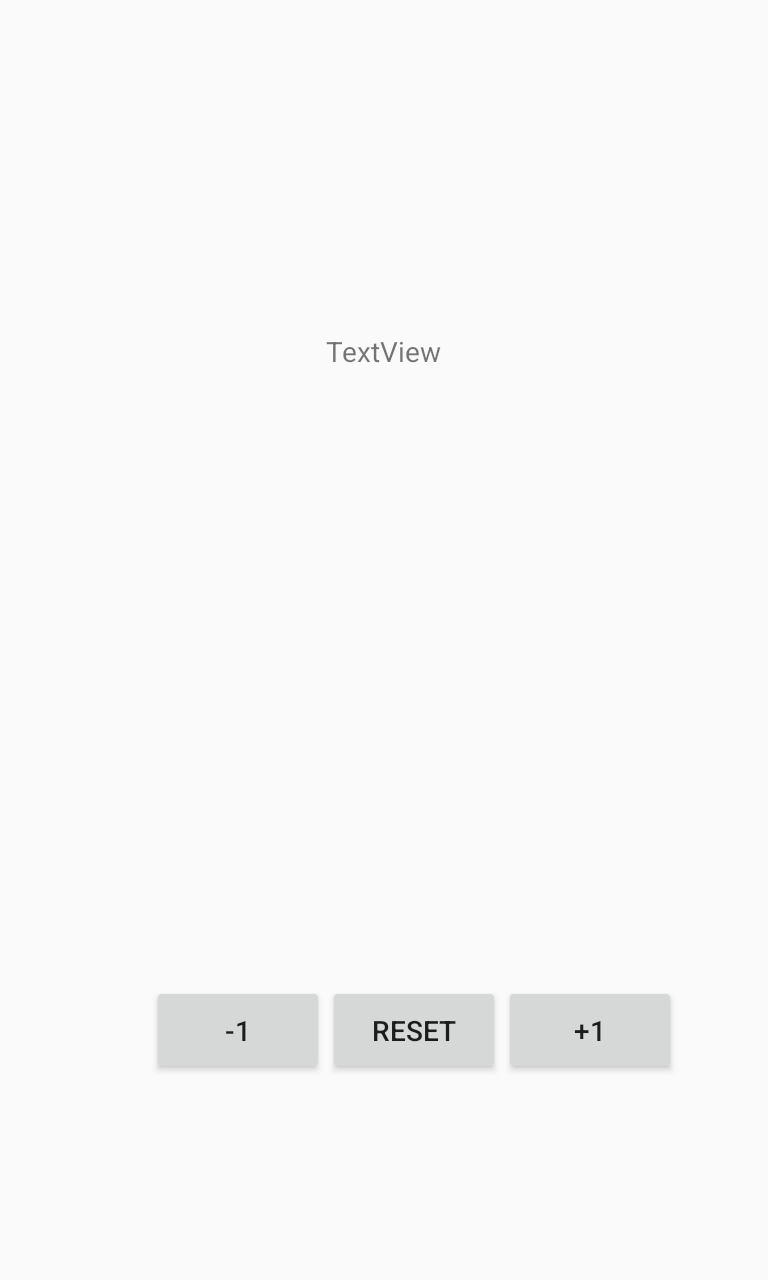
Repository: deltap1/iD-Tech-Repo
Layout: IDTechProject/res/layout/activity_main.xml
These files come from the project's save history. The layout is drawn as it stood at one moment and after the next save; the edit follows.
It is drawn on a 768 x 1280 px phone screen (xhdpi) without system bars, with theme AppTheme; the app's code is not run.

Above is the layout before, as saved 2014-07-08 14:46:00.

### IDTechProject/res/layout/activity_main.xml
<RelativeLayout xmlns:android="http://schemas.android.com/apk/res/android"
    xmlns:tools="http://schemas.android.com/tools"
    android:layout_width="match_parent"
    android:layout_height="match_parent"
    android:paddingBottom="@dimen/activity_vertical_margin"
    android:paddingLeft="@dimen/activity_horizontal_margin"
    android:paddingRight="@dimen/activity_horizontal_margin"
    android:paddingTop="@dimen/activity_vertical_margin"
    tools:context="com.masonl.idtechproject.MainActivity" >

    <TextView
        android:id="@+id/textView1"
        android:layout_width="wrap_content"
        android:layout_height="wrap_content"
        android:layout_alignParentTop="true"
        android:layout_centerHorizontal="true"
        android:layout_marginTop="150dp"
        android:text="TextView" />

    <Button
        android:id="@+id/button2"
        android:layout_width="wrap_content"
        android:layout_height="wrap_content"
        android:layout_alignParentBottom="true"
        android:layout_marginBottom="85dp"
        android:layout_toLeftOf="@+id/button1"
        android:text="-1" />

    <Button
        android:id="@+id/button3"
        android:layout_width="wrap_content"
        android:layout_height="wrap_content"
        android:layout_alignBaseline="@+id/button1"
        android:layout_alignBottom="@+id/button1"
        android:layout_toRightOf="@+id/button1"
        android:text="+1" />

    <Button
        android:id="@+id/button1"
        android:layout_width="wrap_content"
        android:layout_height="wrap_content"
        android:layout_alignBaseline="@+id/button2"
        android:layout_alignBottom="@+id/button2"
        android:layout_alignLeft="@+id/textView1"
        android:text="Reset" />

</RelativeLayout>

Loaded but not shown: IDTechProject/res/values/styles.xml (common file); IDTechProject/res/values-v11/styles.xml (common file); IDTechProject/res/values-v14/styles.xml (common file); IDTechProject/res/values/dimens.xml (common file); IDTechProject/res/values-w820dp/dimens.xml (common file)

After the next save:
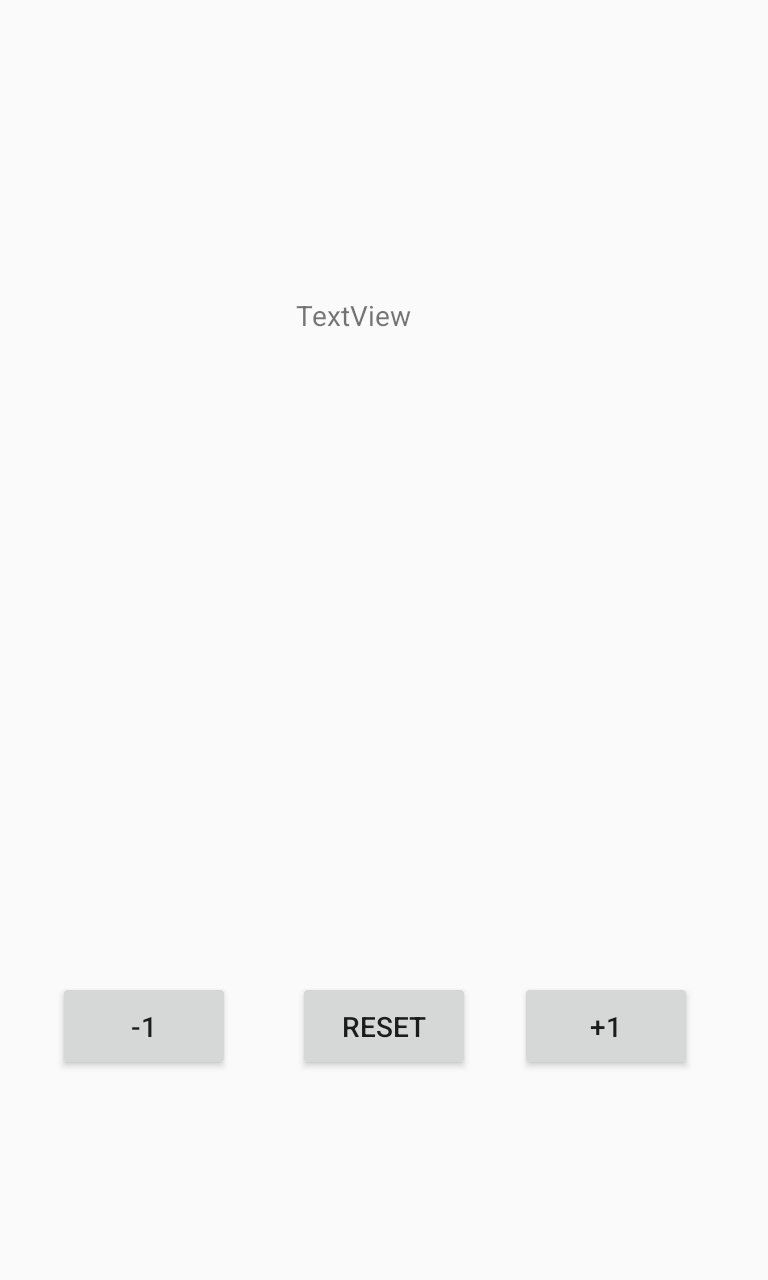
Saved 1 s later.
--- a/IDTechProject/res/layout/activity_main.xml
+++ b/IDTechProject/res/layout/activity_main.xml
@@ -8,21 +8,13 @@
     android:paddingTop="@dimen/activity_vertical_margin"
     tools:context="com.masonl.idtechproject.MainActivity" >
 
-    <TextView
-        android:id="@+id/textView1"
-        android:layout_width="wrap_content"
-        android:layout_height="wrap_content"
-        android:layout_alignParentTop="true"
-        android:layout_centerHorizontal="true"
-        android:layout_marginTop="150dp"
-        android:text="TextView" />
-
     <Button
         android:id="@+id/button2"
         android:layout_width="wrap_content"
         android:layout_height="wrap_content"
         android:layout_alignParentBottom="true"
-        android:layout_marginBottom="85dp"
+        android:layout_marginBottom="87dp"
+        android:layout_marginRight="32dp"
         android:layout_toLeftOf="@+id/button1"
         android:text="-1" />
 
@@ -32,7 +24,8 @@
         android:layout_height="wrap_content"
         android:layout_alignBaseline="@+id/button1"
         android:layout_alignBottom="@+id/button1"
-        android:layout_toRightOf="@+id/button1"
+        android:layout_alignParentRight="true"
+        android:layout_marginRight="21dp"
         android:text="+1" />
 
     <Button
@@ -41,7 +34,16 @@
         android:layout_height="wrap_content"
         android:layout_alignBaseline="@+id/button2"
         android:layout_alignBottom="@+id/button2"
-        android:layout_alignLeft="@+id/textView1"
+        android:layout_centerHorizontal="true"
         android:text="Reset" />
 
+    <TextView
+        android:id="@+id/textView1"
+        android:layout_width="wrap_content"
+        android:layout_height="wrap_content"
+        android:layout_alignLeft="@+id/button1"
+        android:layout_alignParentTop="true"
+        android:layout_marginTop="132dp"
+        android:text="TextView" />
+
 </RelativeLayout>
